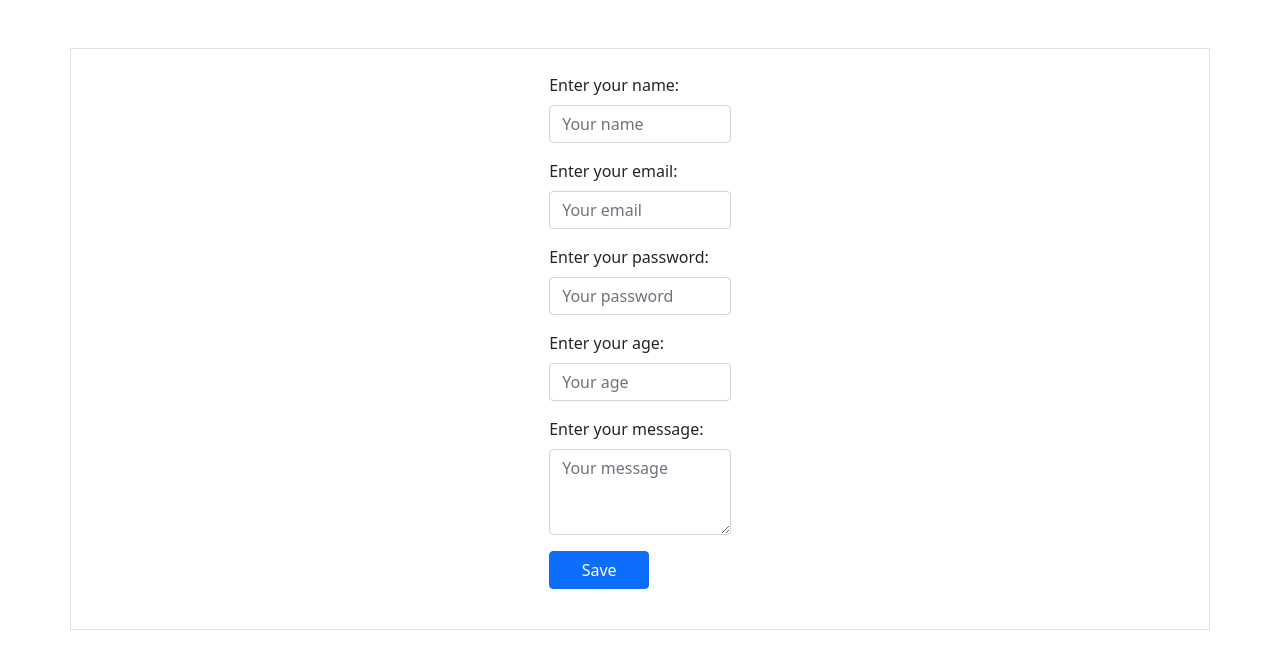
Repository: Abdulahi338/mp3-player-using-js
Page: Bootstrap/form.html
The author's editor kept a copy of each file at every save. The page is drawn from the files as they stood at one save, then again after the next save.
The browser window is 1280 px wide. The pictures show the whole page.

Above is the page before, as saved 2025-02-01 14:34:52.

After the next save:
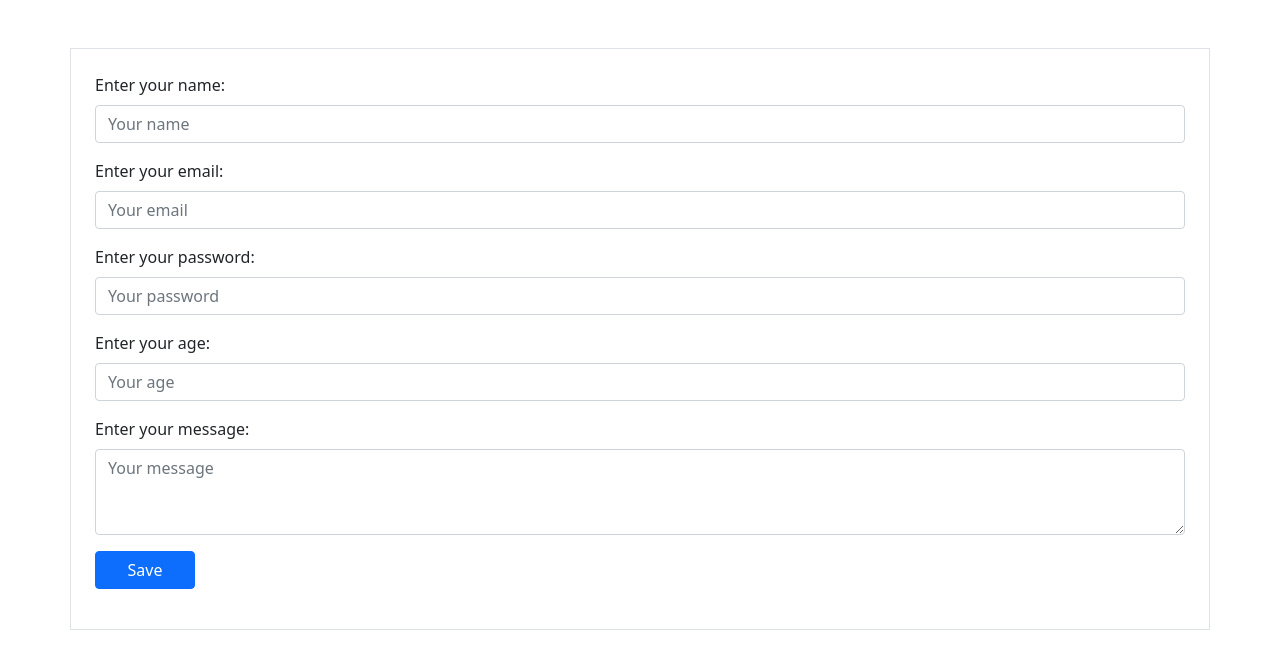
Saved 8 s later.
--- a/Bootstrap/form.html
+++ b/Bootstrap/form.html
@@ -8,7 +8,7 @@
 </head>
 <body>
     <div class="container my-5 bg-white border p-4">
-        <div class="col-2 mx-auto">
+        <div class="col-12 mx-auto">
             <form action="">
                 <!-- Name Input -->
                 <div class="mb-3">
